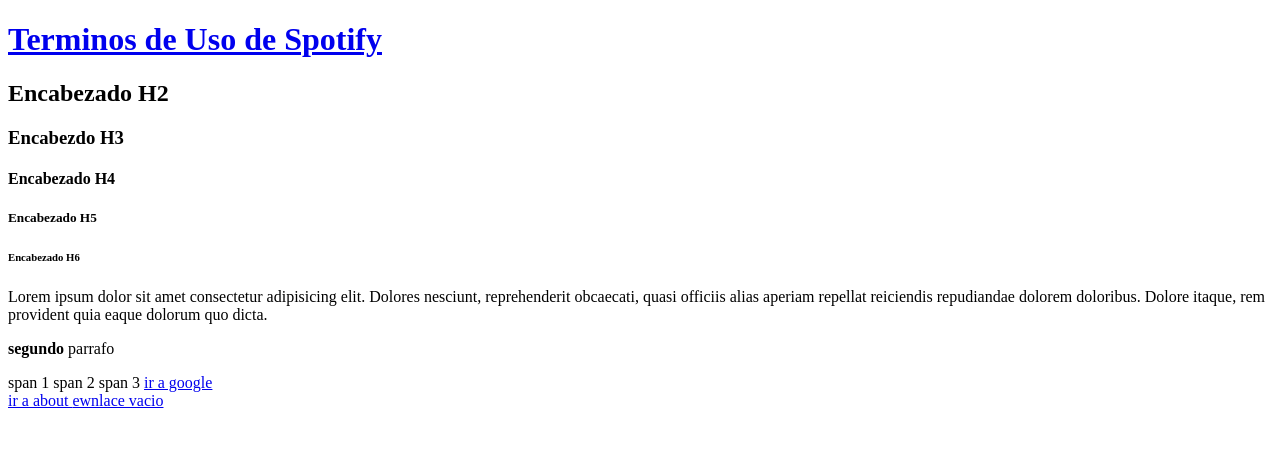
Repository: Devbenitez/Gen_30
Page: Gen_30/maquetado/index.html
An editor plug-in stored every save of this project. The page is shown before and after the next save, followed by the edit.
The browser window is 1280 px wide. The pictures show the whole page.

Above is the page before, as saved 2023-10-31 03:33:10.

After the next save:
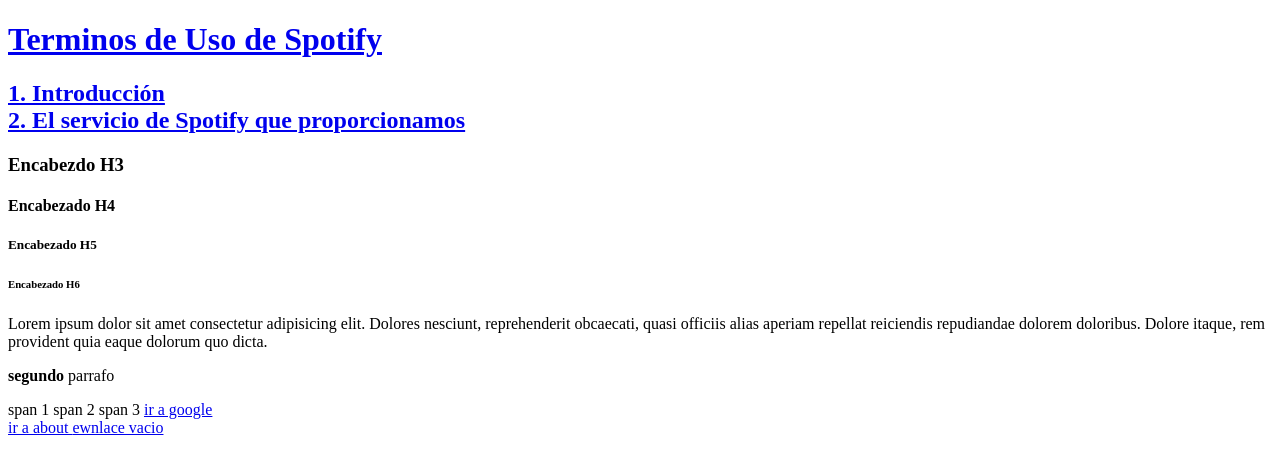
Saved 3 min 1 s later.
--- a/Gen_30/maquetado/index.html
+++ b/Gen_30/maquetado/index.html
@@ -19,7 +19,12 @@
       <h1>
         <a href="#"> Terminos de Uso de Spotify</a></h1>
 
-      <h2>Encabezado H2</h2>
+      <h2>
+        <a href="#">1. Introducción</a>
+        <br />
+        <a href="#">2. El servicio de Spotify que proporcionamos</a>
+        <br />
+      </h2>
       <h3>Encabezdo H3</h3>
       <h4>Encabezado H4</h4>
       <h5>Encabezado H5</h5>
